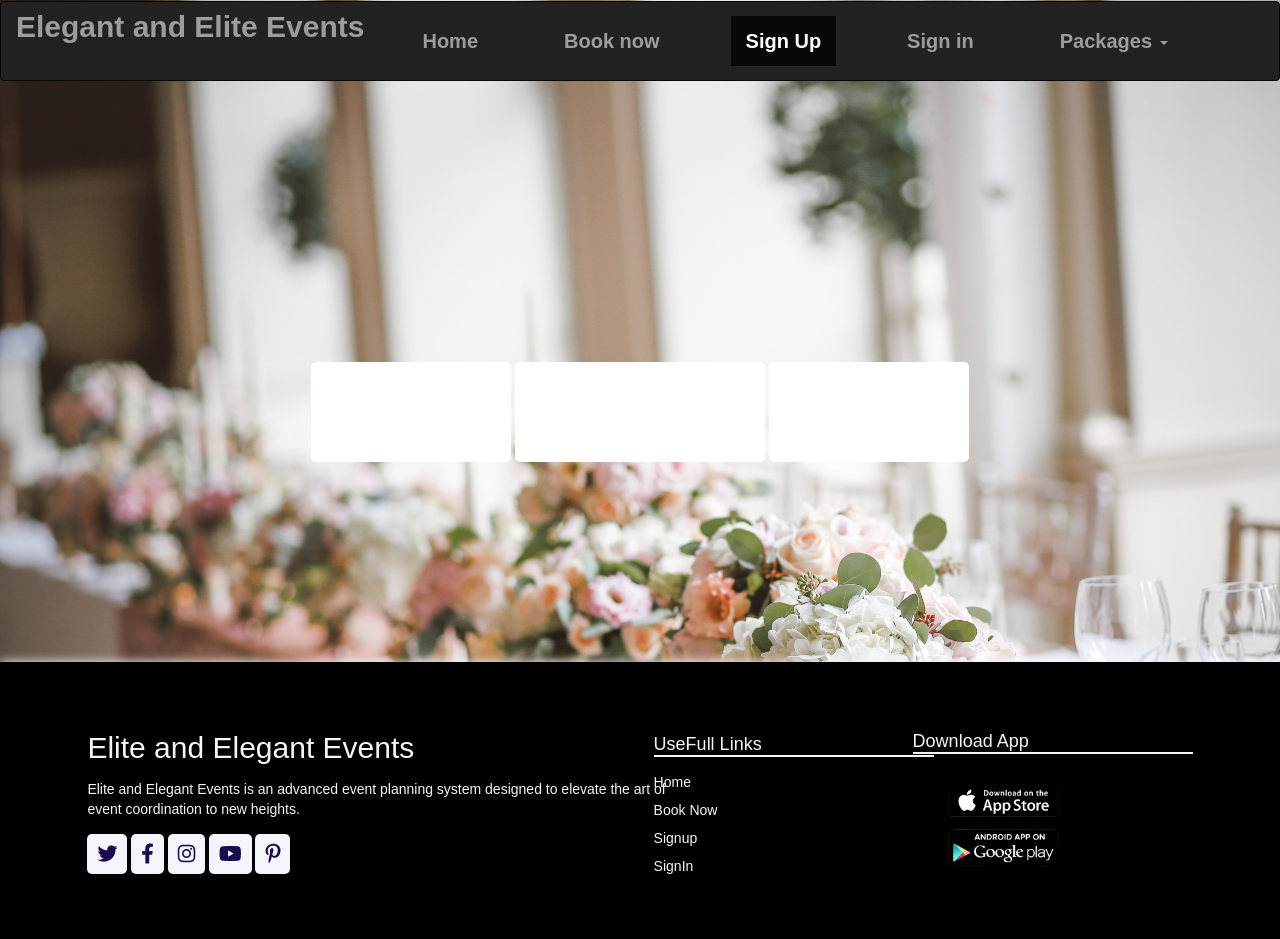
Repository: it22272690/Event-Planning-System
Page: http://localhost/PaymentDemo/useraccount.jsp
The author's editor kept a copy of each file at every save. The page is drawn from the files as they stood at one save, then again after the next save.
The browser window is 1280 px wide. The pictures show the whole page.
Some web fonts or font styles are not loaded; a fallback is used. The page is served by Tomcat 10.

Above is the page before, as saved 2023-10-24 09:30:54.

After the next save:
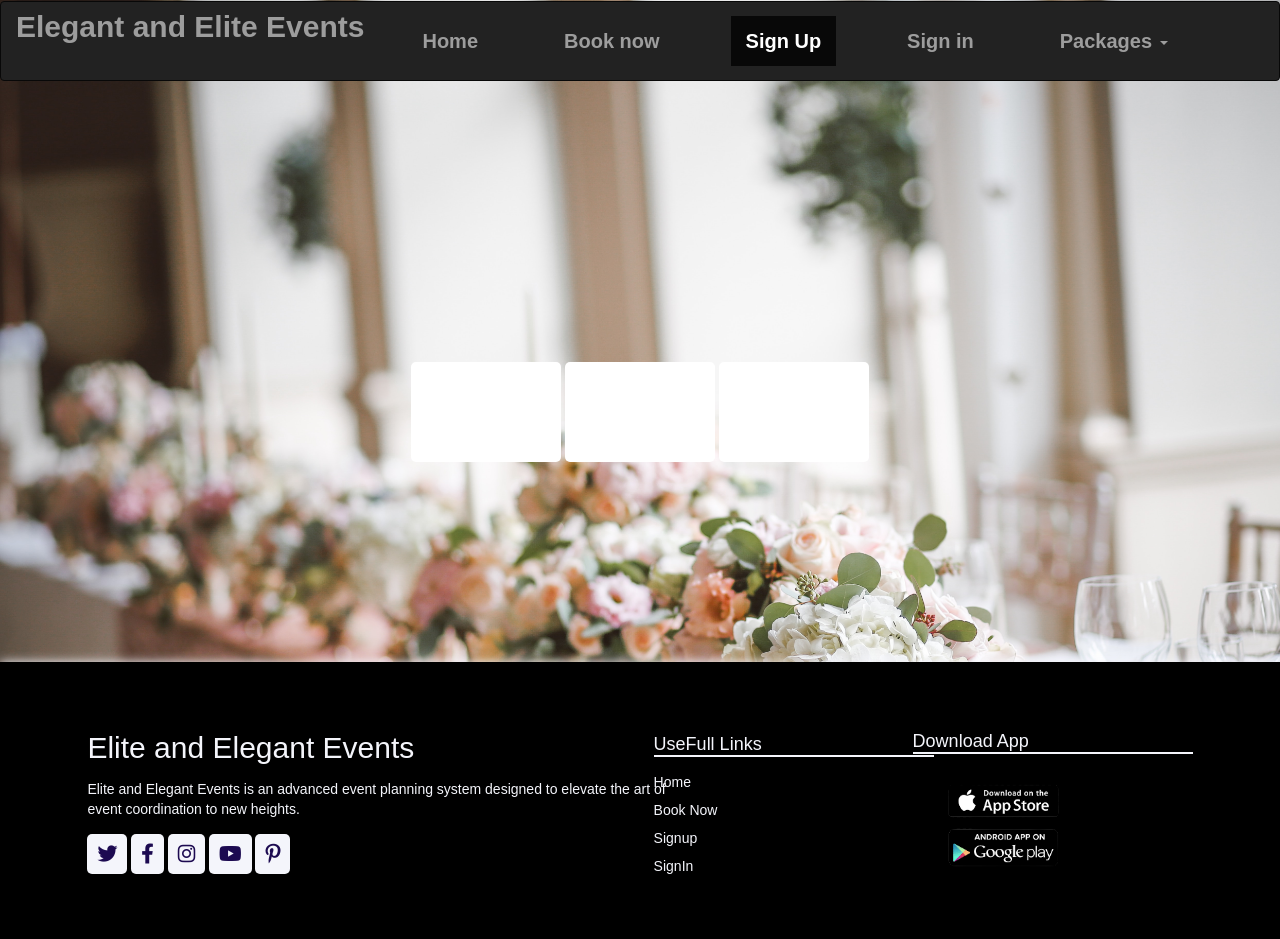
Saved 36 s later.
--- a/PaymentDemo/src/main/webapp/useraccount.jsp
+++ b/PaymentDemo/src/main/webapp/useraccount.jsp
@@ -83,9 +83,9 @@
                 <!-- Display user information here (e.g., name, email, etc.) -->
             </div>
             <div class="user-actions">
-                <button id="edit-customer" style="color:white; width:200px; height:100px;">Edit Customer Form</button>
-                <button id="edit-event" style="color:white; width:250px; height:100px;">Edit Event Details Form</button>
-                <button id="edit-payment" style="color:white; width:200px; height:100px;">Edit Payment Form</button>
+                <button id="edit-customer" style="color:white; width:150px; height:100px;">Edit Customer Form</button>
+                <button id="edit-event" style="color:white; width:150px; height:100px;">Edit Event Details Form</button>
+                <button id="edit-payment" style="color:white; width:150px; height:100px;">Edit Payment Form</button>
             </div>
         </div>
        <footer id="footer">
